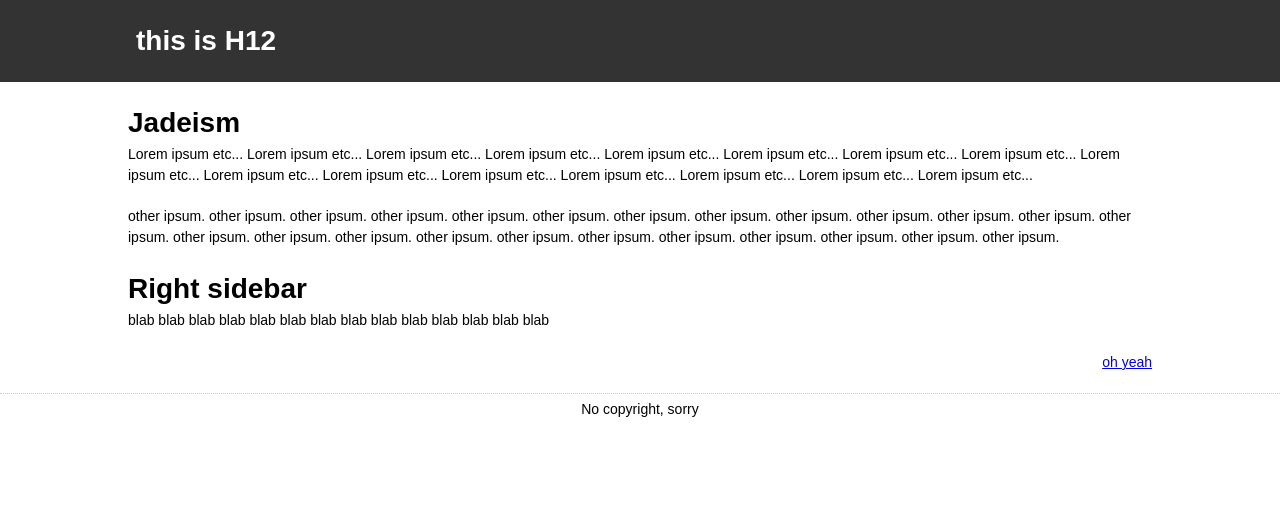
Repository: simonbcky/101
Page: http://localhost/j
The author's editor kept a record of every edit. The page is drawn from the files as they stood at one moment, then again after the next edit.
The browser window is 1280 px wide. The pictures show the whole page.
The page is served by the project's Node server (Jadestuff/index.js).

Above is the page before.

After the next edit:
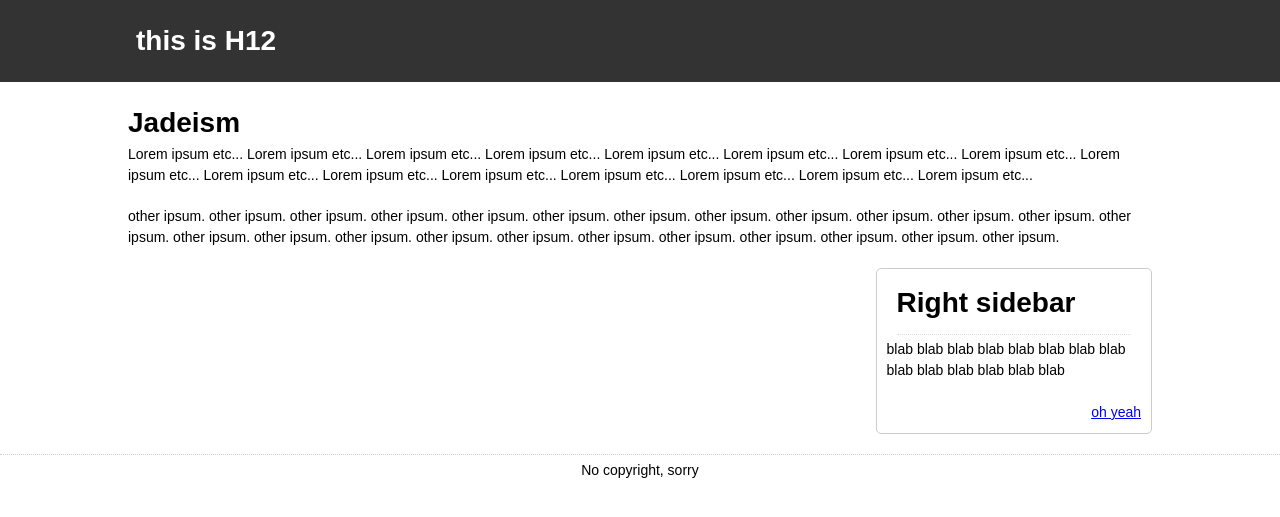
The edit:
--- a/Jadestuff/views/layout.jade
+++ b/Jadestuff/views/layout.jade
@@ -11,7 +11,7 @@
             .main-content
                 block content
             .sidebar
-            block sidebar
+                block sidebar
         footer
             .container
             p No copyright, sorry
